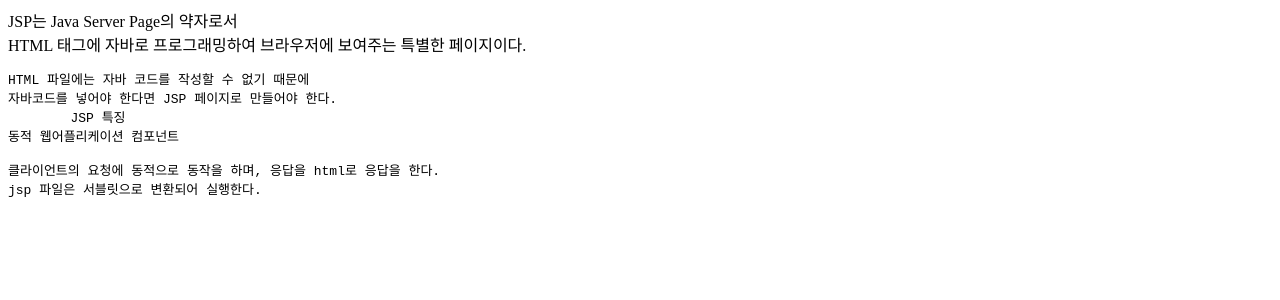
Repository: dadomin/2020JAVA
Page: http://localhost/20201damin/ex01.jsp
These files come from the project's save history. The page is drawn as it stood at one moment and after the next save; the edit follows.
The browser window is 1280 px wide. The pictures show the whole page.
The page is served by Tomcat 9.

Above is the page before, as saved 2020-06-02 01:37:51.

### first semester/20201damin/WebContent/ex01.jsp
<%@ page language="java" contentType="text/html; charset=UTF-8"
    pageEncoding="UTF-8"%>
<!DOCTYPE html>
<html>
<head>
<meta charset="UTF-8">
<title>JSP 간단한 정리</title>
</head>
<body>

	JSP는 Java Server Page의 약자로서 <br>
	HTML 태그에 자바로 프로그래밍하여 브라우저에 보여주는 특별한 페이지이다.
<pre>
HTML 파일에는 자바 코드를 작성할 수 없기 때문에
자바코드를 넣어야 한다면 JSP 페이지로 만들어야 한다.
	JSP 특징
동적 웹어플리케이션 컴포넌트
<!-- 확장자는 jsp -->
클라이언트의 요청에 동적으로 동작을 하며, 응답을 html로 응답을 한다.
jsp 파일은 서블릿으로 변환되어 실행한다.

</pre>
</body>
</html>

After the next save:
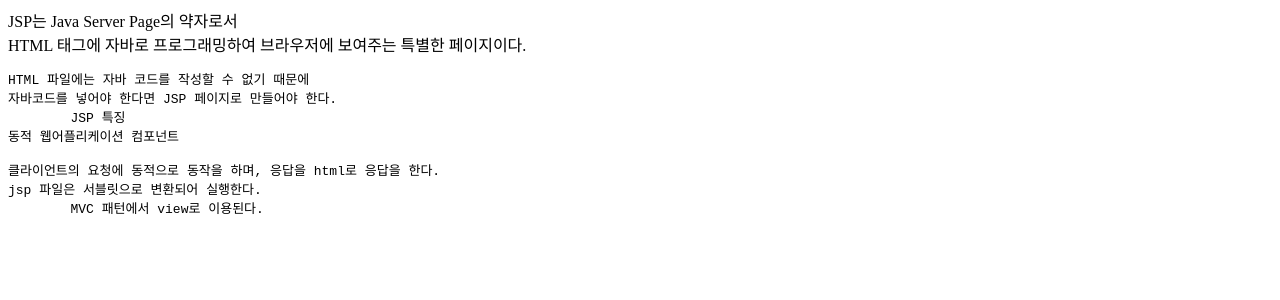
Saved 55 s later.
--- a/first semester/20201damin/WebContent/ex01.jsp
+++ b/first semester/20201damin/WebContent/ex01.jsp
@@ -18,7 +18,7 @@
 <!-- 확장자는 jsp -->
 클라이언트의 요청에 동적으로 동작을 하며, 응답을 html로 응답을 한다.
 jsp 파일은 서블릿으로 변환되어 실행한다.
-
+	MVC 패턴에서 view로 이용된다.
 </pre>
 </body>
 </html>
